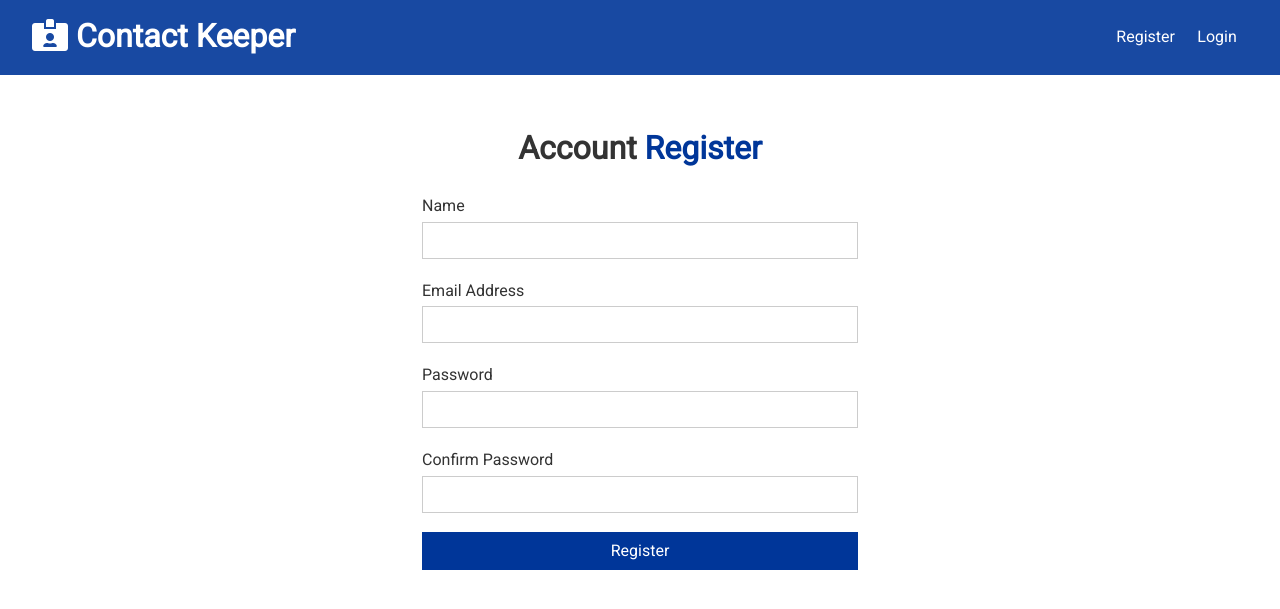
Repository: Art101-ui/Contact-keeper
Page: /register (app in client/)
An editor plug-in stored every save of this project. The page is shown before and after the next save, followed by the edit.
The browser window is 1280 px wide. The pictures show the whole page.
Some web libraries are served in a nearby version. The project was rebuilt for these pictures with package versions that can differ from the ones it lists, and the page was loaded fresh each time. Also part of the build but not shown: client/src/components/contacts/ContactsItem.js, client/src/components/layout/Spinner.js, client/src/components/contacts/Contacts.js, client/src/components/contacts/ContactForm.js, client/src/components/contacts/ContactsFilter.js, client/src/components/pages/Home.js, client/src/components/pages/About.js, client/src/components/layout/Alert.js and 2 more.

Above is the page before, as saved 2021-09-27 10:38:41.

After the next save:
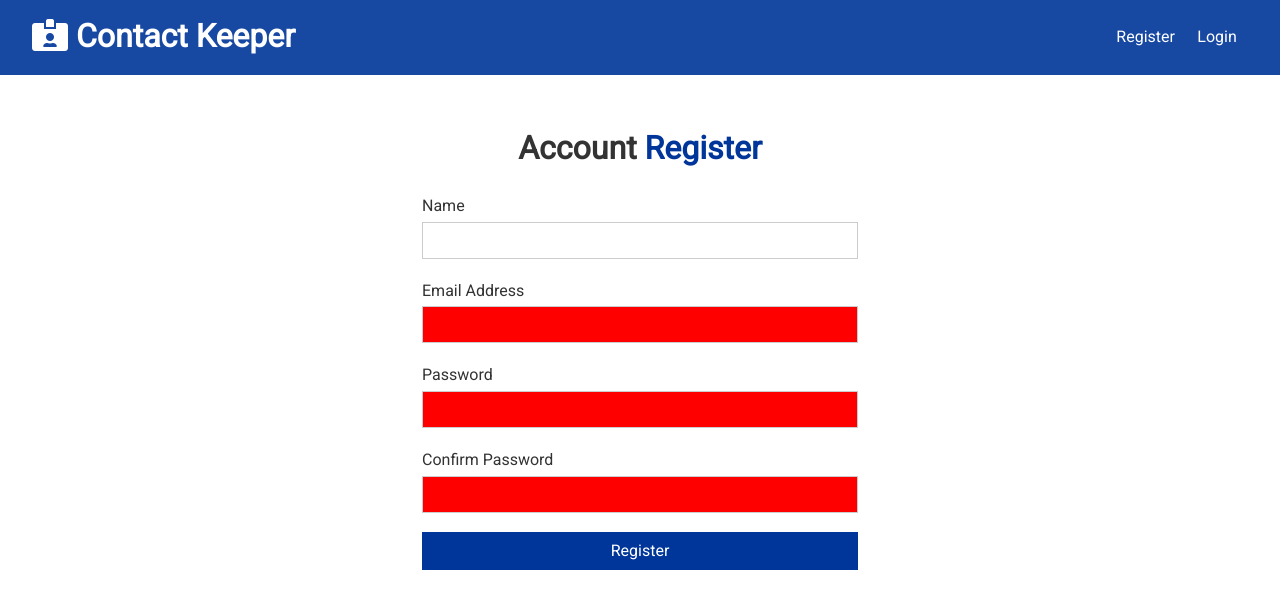
Saved 10 min 0 s later.
--- a/client/src/App.css
+++ b/client/src/App.css
@@ -322,6 +322,9 @@ input[type='submit'],
 button {
   font: inherit;
 }
+input:invalid {
+  background-color: red;
+}
 
 .form-group {
   margin: 1.2rem 0;
